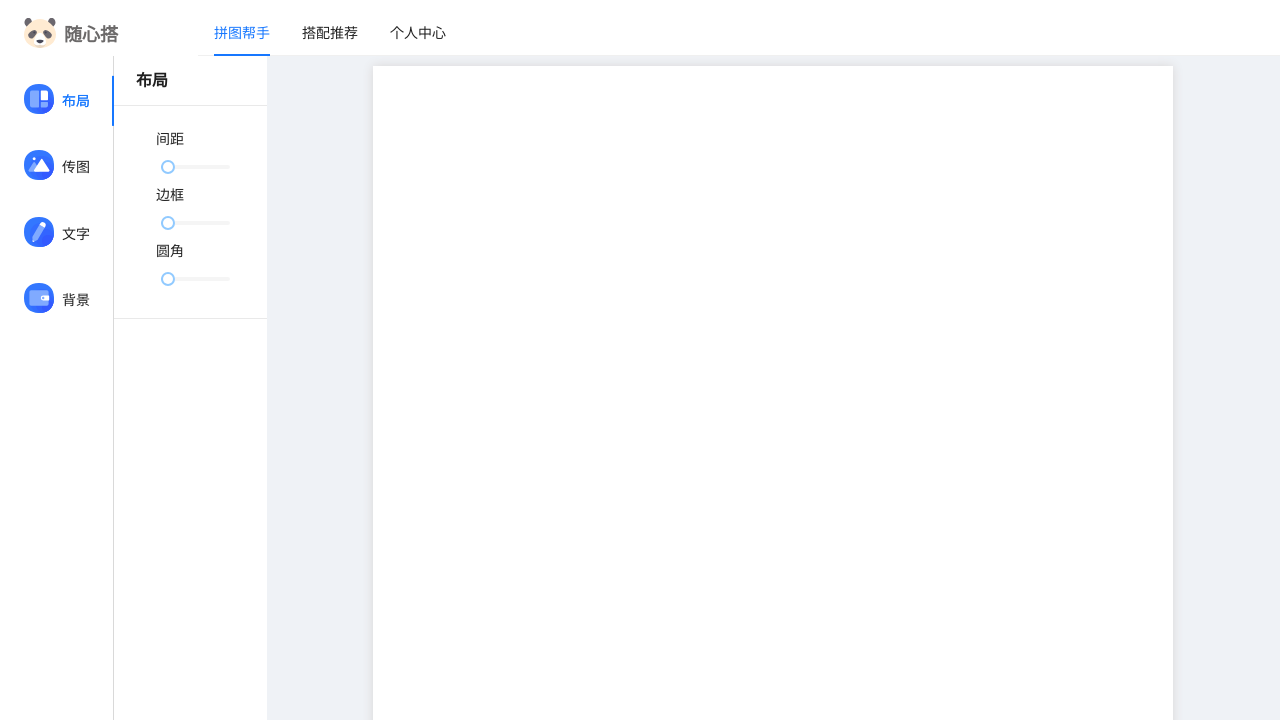
Repository: zzq1101921989/low-code
Page: /
These files come from the project's save history. The page is drawn as it stood at one moment and after the next save; the edit follows.
The browser window is 1280 px wide. The pictures show the whole page.
The project was rebuilt for these pictures with package versions that can differ from the ones it lists, and the page was loaded fresh each time. Also part of the build but not shown: vite.config.ts, src/pages/admin/index.tsx, src/components/icon/ClothesIcon.tsx, src/components/icon/HairIcon.tsx, src/components/icon/PantsIcon.tsx, src/components/icon/ShoeIcon.tsx, src/pages/recommend/index.tsx.

Above is the page before, as saved 2023-05-27 17:00:26.

### index.html
<!DOCTYPE html>
<html lang="en">
  <head>
    <meta charset="UTF-8" />
    <link rel="icon" type="image/svg+xml" href="/vite.svg" />
    <meta name="viewport" content="width=device-width, initial-scale=1.0" />
    <title>搭配选择困难症？不懂搭？就来随心搭，找到属于自己的穿搭技巧</title>
  </head>
  <body>
    <div id="root"></div>
    <script type="module" src="/src/main.tsx"></script>
  </body>
</html>

### src/main.tsx
import ReactDOM from "react-dom/client";
import App from "./App";
import "./reset.css";

ReactDOM.createRoot(document.getElementById("root") as HTMLElement).render(
  <App />
);

### src/App.tsx
import { BrowserRouter, Navigate, Route, Routes } from "react-router-dom";
import LayoutComponent from "./components/layout";
import { routerConfig } from "./routers";

const App = () => {
  return (
    <BrowserRouter>
      <Routes>
        <Route path="/" element={<LayoutComponent />}>
          {/* 重定向 */}
          <Route path="/" element={<Navigate to="/home" />} />
          {routerConfig.map((item) => (
            <Route path={item.path} key={item.name} element={item.element} />
          ))}
        </Route>
        <Route path="*" element={<div>404</div>} />
      </Routes>
    </BrowserRouter>
  );
};

export default App;

### src/reset.css
html,body,div,span,applet,object,h1,h2,h3,h4,h5,h6,p,blockquote,pre,a,abbr,acronym,address,big,cite,code,del,dfn,em,img,ins,kbd,q,s,samp,small,strike,strong,sub,sup,tt,var,b,u,i,center,dl,dt,dd,ol,ul,li,fieldset,form,label,legend,table,caption,tbody,tfoot,thead,tr,th,td,article,aside,canvas,details,embed,figure,figcaption,footer,header,hgroup,menu,nav,output,ruby,section,summary,time,mark,audio,video {
	margin:0;
	padding:0;
	border:0;
	font-size:100%;
	font:inherit;
	font-weight:normal;
	vertical-align:baseline;
}
/* HTML5 display-role reset for older browsers */
article,aside,details,figcaption,figure,footer,header,hgroup,menu,nav,section {
	display:block;
}
ol,ul,li {
	list-style:none;
}
blockquote,q {
	quotes:none;
}
blockquote:before,blockquote:after,q:before,q:after {
	content:'';
	content:none;
}
table {
	border-collapse:collapse;
	border-spacing:0;
}
th,td {
	vertical-align:middle;
}
/* custom */
a {
	outline:none;
	color:#16418a;
	text-decoration:none;
	-webkit-backface-visibility: hidden;
}
a:focus {
	outline:none;
}
input:focus,select:focus,textarea:focus {
	outline:-webkit-focus-ring-color auto 0;
}

### src/routers/index.tsx
import { RouteObject } from "react-router-dom";
import Admin from "../pages/admin";
import Home from "../pages/home";
import Recommend from "../pages/recommend";

export const routerConfig: (RouteObject & { name: string })[] = [
  {
    path: "home",
    name: "拼图帮手",
    element: <Home />,
  },
  {
    path: "recommend",
    name: "搭配推荐",
    element: <Recommend />,
  },
  {
    path: "admin",
    name: "个人中心",
    element: <Admin />,
  },
];

### src/components/header/index.tsx
import { Menu, MenuProps } from "antd";
import { Link, useLocation } from "react-router-dom";
import { routerConfig } from "../../routers";

export default function HeaderComponent() {

  const locaiton = useLocation();

  const items: MenuProps["items"] = routerConfig.map((key) => ({
    key: key.path,
    label: <Link to={`/${key.path}`}>{key.name}</Link>,
  }));

  return (
    <Menu
      style={{ flex: 1 }}
      mode="horizontal"
      selectedKeys={[locaiton.pathname.split("/")[1]]}
      items={items}
    />
  );
}

### src/components/layout/index.module.less
.syd-layout {
  width: 100%;
  height: 100vh;
  display: flex;
  flex-direction: column;
  overflow: hidden;
  .syd-header {
    display: flex;
    width: 100%;
    align-items: center;
    padding: 10px 24px 0 24px;
    background-color: #fff;
    .logo {
      margin-right: 80px;
    }
  }
  .syd-content {
    flex: auto;
    background: #eff2f6;
  }
}

### src/pages/home/index.tsx
import { Col, Row } from "antd";
import { FC, useState } from "react";
import { DrawImage, Menu } from "./features";
import styles from "./index.module.less";

// 最大的间距是多少
const maxPedding = 60

// 最大的边框
const maxBorder = 0

const Home: FC = () => {

  const [ paddingPercentage, setPaddingPercentage ] = useState(10)

  // 当前计算出来的间距是多少
  const padding = Math.round(maxPedding * (paddingPercentage / 100))

  return (
    <Row style={{ height: "100%" }} className={styles.homeContainer}>
      <Col xl={5}>
        <Menu paddingPercentage={paddingPercentage} setPaddingPercentage={setPaddingPercentage} />
      </Col>
      <Col xl={19}>
        <DrawImage padding={padding} />
      </Col>
    </Row>
  );
};

export default Home;

### src/pages/home/features/index.tsx
export { default as Area } from './Area';
export { default as DrawImage } from './DrawImage';
export { default as Menu } from './Menu';

### src/pages/home/index.module.less
.homeContainer {
    :global{
        .ant-tabs-tabpane {
            padding-left: 0 !important
        }
        .ant-tabs-nav-wrap {
            padding-top: 20px;
        }
    }
}

### src/pages/home/features/Area/index.tsx
import { FC, ReactNode } from "react";
import styles from "./index.module.less";

interface AreaProps {
  /**
   * @name 头部区域内容
   */
  header: string | ReactNode;

  /**
   * @name 中间区域内容
   */
  centre?: string | ReactNode;
}
const Area: FC<AreaProps> = (props) => {
  const { header, centre } = props;

  return (
    <div className={`${styles["area-container"]}`}>
      <div
        className={`${styles["area-container-header"]} ${styles.padding} ${styles.borderBottom}`}
      >
        {header}
      </div>
      {centre && (
        <div
          className={`${styles["area-container-centre"]} ${styles.padding} ${styles["borderBottom"]}`}
        >
          {centre}
        </div>
      )}
    </div>
  );
};

export default Area;

### src/pages/home/features/DrawImage/index.tsx
import {
  FC,
  ReactNode,
  createElement,
  useEffect,
  useRef,
  useState,
} from "react";
import { ContextMenu, ItemBox } from "../../components";
import { LayoutConfig } from "./LayoutBox";

const initContextMenu = {
  open: false,
  x: 0,
  y: 0,
};

// 每行最多能有多少box
const containerWidth = 800;
const containerHeight = 800;

type DrawImageProps = {
  /**
   * 间距
   */
  padding: number;
};

const DrawImage: FC<DrawImageProps> = (props) => {
  const { padding } = props;

  const ele = useRef<HTMLDivElement | null>(null);

  // 记录一下当前点击的容器
  const pendingUplaodBox = useRef<ParentNode | null>(null);

  const fileRef = useRef<HTMLInputElement | null>(null);

  const [contextMenu, setContextMenu] = useState<{
    open: boolean;
    x: number;
    y: number;
  }>(initContextMenu);

  const [activeBoxIndex, setActiveBoxIndex] = useState<number | undefined>();

  // 组织右键菜单的默认事件
  useEffect(() => {
    const uploadBtn = document.getElementById("uploadBtn");

    const contextmenuFn = (e: MouseEvent) => {
      e.preventDefault();
    };

    const mousedownFn = (e: MouseEvent) => {
      if (e.target && (e.button === 0 || e.button === 2)) {
        // 获取上传区域的dom
        const type = (e.target as HTMLElement).getAttribute("data-type");
        const index = (e.target as HTMLElement).getAttribute("data-index");
        if (type === "add") {
          const offsetLeftTotal =
            ele.current!.offsetLeft +
            (ele.current!.parentNode as HTMLElement | null)!.offsetLeft;
          const offsetTopTotal =
            ele.current!.offsetTop +
            (ele.current!.parentNode as HTMLElement | null)!.offsetTop;
          setContextMenu({
            open: true,
            x: e.clientX - offsetLeftTotal,
            y: e.clientY - offsetTopTotal + 10,
          });
          setActiveBoxIndex(Number(index));
          pendingUplaodBox.current = (e.target as HTMLElement).parentNode;
        }
      }
    };

    const click = () => {
      fileRef.current?.click();
    };

    const readerFile = (e: any) => {
      const file = e.target.files[0];
      const urlData = URL.createObjectURL(file);
      const container = pendingUplaodBox.current as HTMLElement;
      const image = container.getElementsByTagName("image")[0];
      if (image) {
        const clientWidth = container.clientWidth;
        const clientHeight = container.clientHeight;

        // 显示图片
        image.setAttributeNS(
          "http://www.w3.org/1999/xlink",
          "xlink:href",
          urlData
        );

        // 防止内存泄露，释放图片内存
        image.addEventListener("load", () => {
          URL.revokeObjectURL(urlData);
        });

        // 解决上传同一个文件，浏览器认为没变化，而造成读取失败的问题
        fileRef.current!.value = "";

        (container.parentNode as HTMLElement)!.style.width = clientWidth + "px";
        (container.parentNode as HTMLElement)!.style.height =
          clientHeight + "px";
      }
      setContextMenu(initContextMenu);
    };

    uploadBtn?.addEventListener("click", click);

    fileRef.current?.addEventListener("change", readerFile);

    if (ele.current) {
      ele.current.addEventListener("contextmenu", contextmenuFn);
      ele.current.addEventListener("mousedown", mousedownFn);
    }

    return () => {
      uploadBtn?.removeEventListener("click", click);
      fileRef.current?.removeEventListener("change", readerFile);
      ele.current?.removeEventListener("contextmenu", contextmenuFn);
      ele.current?.removeEventListener("mousedown", mousedownFn);
    };
  }, []);

  // 定义一个索引，表示每个ItemBox的编号
  let itemIndex = 0;

  /**
   * direction 代表排列方向
   * width 取小数，代表的是百分比
   */
  const layoutConfig: LayoutConfig[] = [
    {
      direction: "left",
      width: 1,
      height: 1,
      value: [
        {
          direction: "top",
          width: 0.7,
          height: 1,
          value: [
            {
              direction: "none",
              width: 1,
              height: 0.3,
            },
            {
              direction: "left",
              width: 1,
              height: 0.7,
              value: [
                {
                  width: 0.35,
                  height: 1,
                  direction: "none",
                },
                {
                  direction: "top",
                  width: 0.65,
                  height: 1,
                  value: [
                    {
                      direction: "none",
                      width: 1,
                      height: 0.6,
                    },
                    {
                      direction: "none",
                      width: 1,
                      height: 0.4,
                    },
                  ],
                },
              ],
            },
          ],
        },
        {
          direction: "top",
          width: 0.3,
          height: 1,
          value: [
            {
              direction: "none",
              width: 1,
              height: 0.5,
            },
            {
              direction: "none",
              width: 1,
              height: 0.5,
            },
          ],
        },
      ],
    },
  ];

  const testLayoutCofig: LayoutConfig[] = [
    {
      direction: "left",
      width: 1,
      height: 1,
      value: [
        {
          direction: "none",
          width: 0.7,
          height: 1,
        },
        {
          direction: "none",
          width: 0.3,
          height: 1,
        },
      ],
    },
  ];

  const isFirstOrLast = (total: number, idx: number) => {
    if (idx === 0) return "isStart";
    if (idx === total - 1) {
      return "isEnd";
    }
    return "";
  };

  /**
   * 根据矩形的位置配置文件，计算矩形的left，top，width，height
   * @param {LayoutConfig} position 矩形的配置
   * @param {number} occupied.width 已经占据了多少宽度
   * @param {number} occupied.height 已经占据了多少高度
   * @param {number} containerWH.width 父级容器高度
   * @param {number} containerWH.height 父级容器高度
   * @param {number} padding 间距
   * @param {number} direction 排列的方式
   * @param {string} flag 第一个元素和最后一个元素都是要单独处理的
   */
  const handlerComputeRect = (
    position: LayoutConfig,
    occupied: {width: number, height: number},
    containerWH: {width: number, height: number},
    padding: number,
    direction: "top" | "left",
    flag: "isStart" | "isEnd" | ""
  ): ReactNode => {

    // 获取子元素占据的比例是多少
    const { width: dirW, height: dirH } = position;

    const { width, height } = containerWH

    const handlerPositon = () => {
      if (direction === 'left') {
        if (flag === 'isEnd') {
          return {
            left: occupied.width + padding,
            top: occupied.height,
            width: width * dirW - padding,
            height: height * dirW,
          }
        }
        else if (flag === 'isStart') {
          return {
            left: occupied.width,
            top: occupied.height,
            width: width * dirW - padding,
            height: height * dirW,
          }
        }
        else {

        }
      }
      else if (direction === 'top') {

      }
    }

    return createElement(
      "div",
      {
        className: "edit-container",
        style: {
          position: "absolute",
          ...handlerPositon(),
        },
      },
      <ItemBox dataIndex={0} />
    );
  };

  /**
   * 执行任务
   * @param { LayoutConfig[] } positions
   * @param { number } originWidth
   * @param { number } originHeight
   * @returns ReactNode[]
   */
  const execute = (positions: LayoutConfig[], originWidth: number, originHeight: number) => {

    let elements: ReactNode[] = [];

    positions.forEach((item, i) => {

      // 获取这次布局的位置是怎么划分的
      const direction = item.direction;

      // 元素划分
      const value = item.value;

      // 已经占据了多少位置
      let occupied = {
        width: 0,
        height: 0
      }

      value?.forEach((it, idx) => {


        // 第一个和最后一个都是需要特殊处理的
        const flag = isFirstOrLast(value?.length, idx);

        switch (direction) {
          case "left":
            elements = elements.concat(
              it.value?.length
                ? execute(it.value, Math.round(originWidth * it.width), Math.round(originHeight * it.height))
                : [
                    handlerComputeRect(
                      item,
                      occupied,
                      {
                        width: originWidth,
                        height: originHeight
                      },
                      padding,
                      direction,
                      flag
                    ),
                  ]
            );
            break;
          case "top":
            break;
          case "none":
            break;
          default:
            break;
        }
      });
    });

    return elements;
  };

  console.log(execute(testLayoutCofig, containerWidth, containerHeight));

  return (
    <div
      ref={ele}
      style={{
        position: "relative",
        width: containerWidth,
        height: containerHeight,
        margin: "10px auto",
        background: "#fff",
        boxShadow: "0 0 10px #d9d6d6",
      }}
    >
      {/* <LayoutBox
        layoutConfig={layoutConfig}
        containerWidth={containerWidth}
        containerHeight={containerHeight}
        padding={padding}
      /> */}

      {/* <Row gutter={[16, 16]} style={{ height: "100%" }}>
        <Col span={24}>
          <ItemBox areaHeight={2 * 200} dataIndex={itemIndex} activeIndex={activeBoxIndex} />
        </Col>
        <Col span={24}>
          <Row gutter={[16, 16]} style={{ height: "100%" }}>
            <Col span={12}>
              <ItemBox areaHeight={2 * 200} dataIndex={++itemIndex} activeIndex={activeBoxIndex} />
            </Col>
            <Col span={12}>
              <Row gutter={[16, 16]} style={{ height: "100%" }}>
                <Col span={24}>
                  <ItemBox
                    areaHeight={200}
                    dataIndex={++itemIndex}
                    activeIndex={activeBoxIndex}
                  />
                </Col>
                <Col span={24}>
                  <ItemBox
                    areaHeight={200}
                    dataIndex={++itemIndex}
                    activeIndex={activeBoxIndex}
                  />
                </Col>
              </Row>
            </Col>
          </Row>
        </Col>
      </Row> */}
      <ContextMenu
        left={contextMenu.x}
        top={contextMenu.y}
        open={contextMenu.open}
      />
      {/* 上传元素 */}
      <input
        ref={fileRef}
        type="file"
        id="cellImgPicker"
        accept="image/jpeg,image/png"
        style={{ display: "none" }}
      />
    </div>
  );
};

export default DrawImage;

### src/pages/home/features/Menu/index.tsx
import { Slider, Space, Tabs, TabsProps } from "antd";
import { Dispatch, FC } from "react";
import { Area } from "..";
import {
  ColorIcon,
  ImageIcon,
  LayoutIcon,
  TextIcon,
} from "../../../../components/icon";

type MenuProps = {
  /**
   * 间距百分比
   */
  paddingPercentage: number
  setPaddingPercentage: Dispatch<React.SetStateAction<number>>
}

/**
 * 导航栏组件
 */
const Menu: FC<MenuProps> = (props) => {

  const { paddingPercentage, setPaddingPercentage } = props;

  const items: TabsProps["items"] = [
    {
      label: (
        <Space>
          <LayoutIcon />
          布局
        </Space>
      ),
      key: "1",
      children: (
        <Area
          header="布局"
          centre={
            <div
              style={{
                width: "100%",
                display: "flex",
                flexDirection: "column",
                padding: '10px 20px',
                boxSizing: 'border-box'
              }}
            >
              <div>
                间距
                <Slider defaultValue={paddingPercentage} onChange={setPaddingPercentage} />
              </div>
              <div>
                边框
                <Slider defaultValue={10} />
              </div>
              <div>
                圆角
                <Slider defaultValue={10} />
              </div>
            </div>
          }
        />
      ),
    },
    {
      label: (
        <Space>
          <ImageIcon />
          传图
        </Space>
      ),
      key: "2",
      children: "",
    },
    {
      label: (
        <Space>
          <TextIcon />
          文字
        </Space>
      ),
      key: "3",
      children: "",
    },
    {
      label: (
        <Space>
          <ColorIcon />
          背景
        </Space>
      ),
      key: "4",
      children: "",
    },
  ];

  return (
    <Tabs
      tabPosition="left"
      items={items}
      style={{ background: "#fff", height: "100%" }}
    />
  );
}

export default Menu

### src/pages/home/features/Area/index.module.less
.area-container {
    width: 100%;
    .area-container-header {
        font-size: 18px;
    }
    .area-container-header {
        font-size: 16px;
        font-weight: bold;
    }
}
.padding {
    padding: 12px 12px 12px 22px;
}
.borderBottom {
    border-bottom: 1px solid #e9e9e9;
}

### src/pages/home/components/index.tsx
export { default as ItemBox } from './ItemBox';
export { default as ContextMenu } from './contextmenu';

### src/components/icon/index.tsx
export { default as ClothesIcon } from "./ClothesIcon";
export { default as ColorIcon } from "./ColorIcon";
export { default as HairIcon } from "./HairIcon";
export { default as ImageIcon } from "./ImageIcon";
export { default as LayoutIcon } from "./LayoutIcon";
export { default as PantsIcon } from "./PantsIcon";
export { default as ShoeIcon } from "./ShoeIcon";
export { default as TextIcon } from "./TextIcon";

### src/pages/home/components/contextmenu/index.module.less
.contextMenu {
    position: absolute;
    z-index: 10;
    width: 126px;
    padding: 5px 0;
    background-color: #fff;
    box-shadow: 0 0 5px #ccc;
    border-radius: 5px;
    cursor: pointer;
    .contextMenuItem {
        width: 100%;
        user-select: none;
        line-height: 36px;
        color: #333;
        text-align: center;
        font-size: 13px;
        svg {
            width: 15px;
            height: 15px;
        }
        &:hover {
            background: #1a7eff;
            color: #fff;
        }
    }
}

### src/pages/home/components/ItemBox/index.tsx
import { FC, memo, useRef, useState } from "react";
import styles from "./index.module.less";

interface ItemBoxProps {
  /**
   * 当前选中的焦点区域
   */
  activeIndex?: number;

  /**
   * 当前组件的索引
   */
  dataIndex: number;

}

const ItemBox: FC<ItemBoxProps> = (props) => {

  const { activeIndex, dataIndex } = props;

  const [openAddMask, setOpenAddMask] = useState(true);

  const image = useRef<SVGImageElement | null>(null)

  image.current?.addEventListener('load', () => {
    setOpenAddMask(false)
  })

  return (
    <div
      className={styles.itemBox}
      style={{
        border: `2px ${
          activeIndex === dataIndex ? "solid #2354f4" : "dashed #1e80ff80"
        }`,
      }}
    >
      <svg
        view-box="0 0 367.3725 367.3725"
        xmlns="http://www.w3.org/2000/svg"
        xmlnsXlink="http://www.w3.org/1999/xlink"
      >
        <g
          style={{
            transform: "matrix(1, 0, 0, 1, 0, 0)",
          }}
        >
          <image ref={image} />
        </g>
      </svg>
      <span className={styles.close}>
        <svg
          version="1.1"
          id="图层_1"
          xmlns="http://www.w3.org/2000/svg"
          xmlnsXlink="http://www.w3.org/1999/xlink"
          x="0px"
          y="0px"
          viewBox="0 0 16 16"
        >
          <path
            d="M11.8,1.6l-0.7,0.7L7.8,5.6L4.6,2.3L3.9,1.6L3.1,2.3L2,3.4L1.3,4.1L2,4.8l3.3,3.3L2,11.4l-0.7,0.7L2,12.8 L3.1,14l0.7,0.7L4.6,14l3.3-3.3l3.3,3.3l0.7,0.7l0.7-0.7l1.1-1.1l0.7-0.7l-0.7-0.7l-3.3-3.3l3.3-3.3l0.7-0.7l-0.7-0.7l-1.1-1.1 L11.8,1.6L11.8,1.6z"
            style={{
              opacity: 0.9,
              fill: "rgb(255, 255, 255)",
            }}
          ></path>{" "}
          <g>
            <polygon points="13,4.1 11.8,3 7.8,7 3.9,3 2.7,4.1 6.7,8.1 2.7,12.1 3.9,13.3 7.8,9.3 11.8,13.3 13,12.1 9,8.1 	"></polygon>
          </g>
        </svg>
      </span>
      <span
        style={{
          display: openAddMask ? "flex" : "none",
        }}
        className={styles.add}
        data-type="add"
        data-index={dataIndex}
      >
        +
      </span>
    </div>
  );
};
export default memo(ItemBox);

### src/pages/home/components/ItemBox/index.module.less
.itemBox {
    position: relative;
    width: 100%;
    height: 100%;
    .close {
        width: 16px;
        height: 16px;
        display: none;
        position: absolute;
        right: 10px;
        top: 10px;
    }
    .add {
        position: relative;
        z-index: 9;
        width: 100%;
        height: 100%;
        justify-content: center;
        align-items: center;
        text-align: center;
        margin: 0 auto;
        font-size: 40px;
        color: #1e80ff80;
        user-select: none
    }
    >svg{
        height: 100%;
        width: 100%;
        position: absolute;
        left: 0;
        top: 0;
    }
    &:hover {
        border: 2px solid #2354f4 !important;
        .close {
            display: block;
        }
    }
}

Loaded but not shown: src/components/layout/index.tsx (69 lines, source omitted); src/components/icon/LayoutIcon.tsx (48 lines, source omitted); src/components/icon/ColorIcon.tsx (53 lines, source omitted); src/components/icon/ImageIcon.tsx (53 lines, source omitted); src/components/icon/TextIcon.tsx (48 lines, source omitted); src/pages/home/components/contextmenu/index.tsx (72 lines, source omitted)

After the next save:
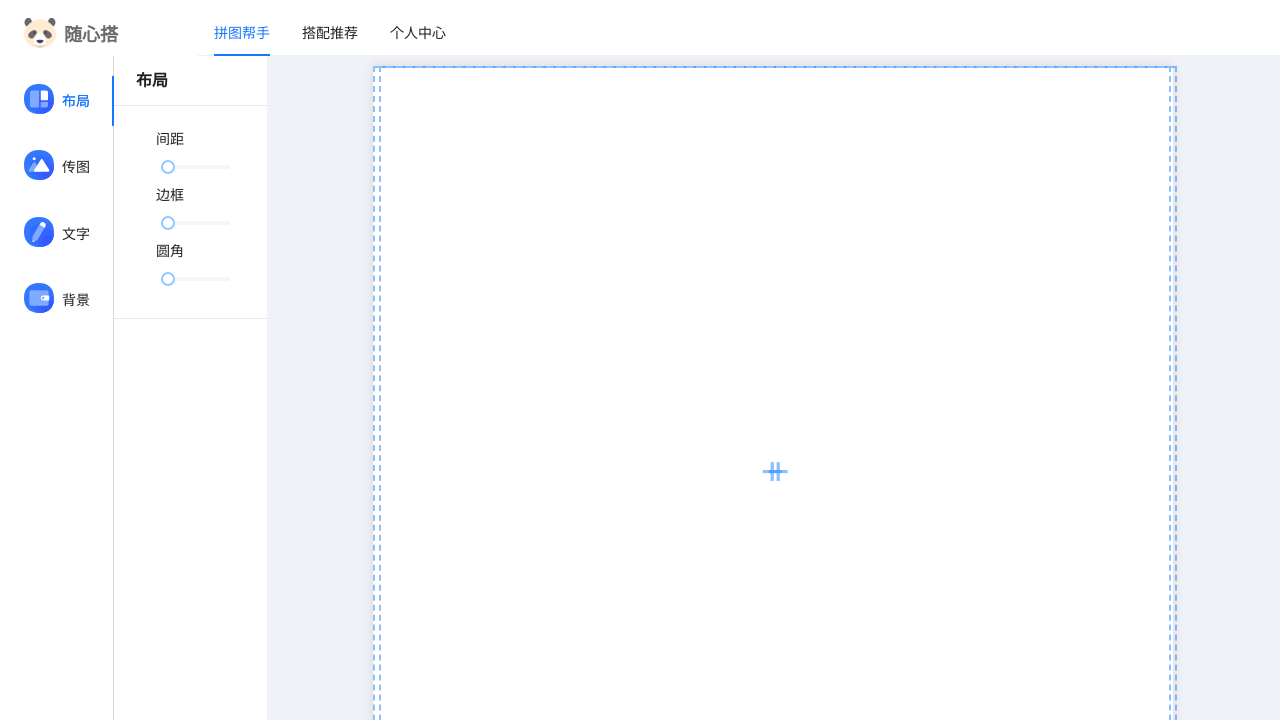
Saved 16 s later.
--- a/src/pages/home/features/DrawImage/index.tsx
+++ b/src/pages/home/features/DrawImage/index.tsx
@@ -373,6 +373,7 @@ const DrawImage: FC<DrawImageProps> = (props) => {
         boxShadow: "0 0 10px #d9d6d6",
       }}
     >
+      { execute(testLayoutCofig, containerWidth, containerHeight) }
       {/* <LayoutBox
         layoutConfig={layoutConfig}
         containerWidth={containerWidth}
